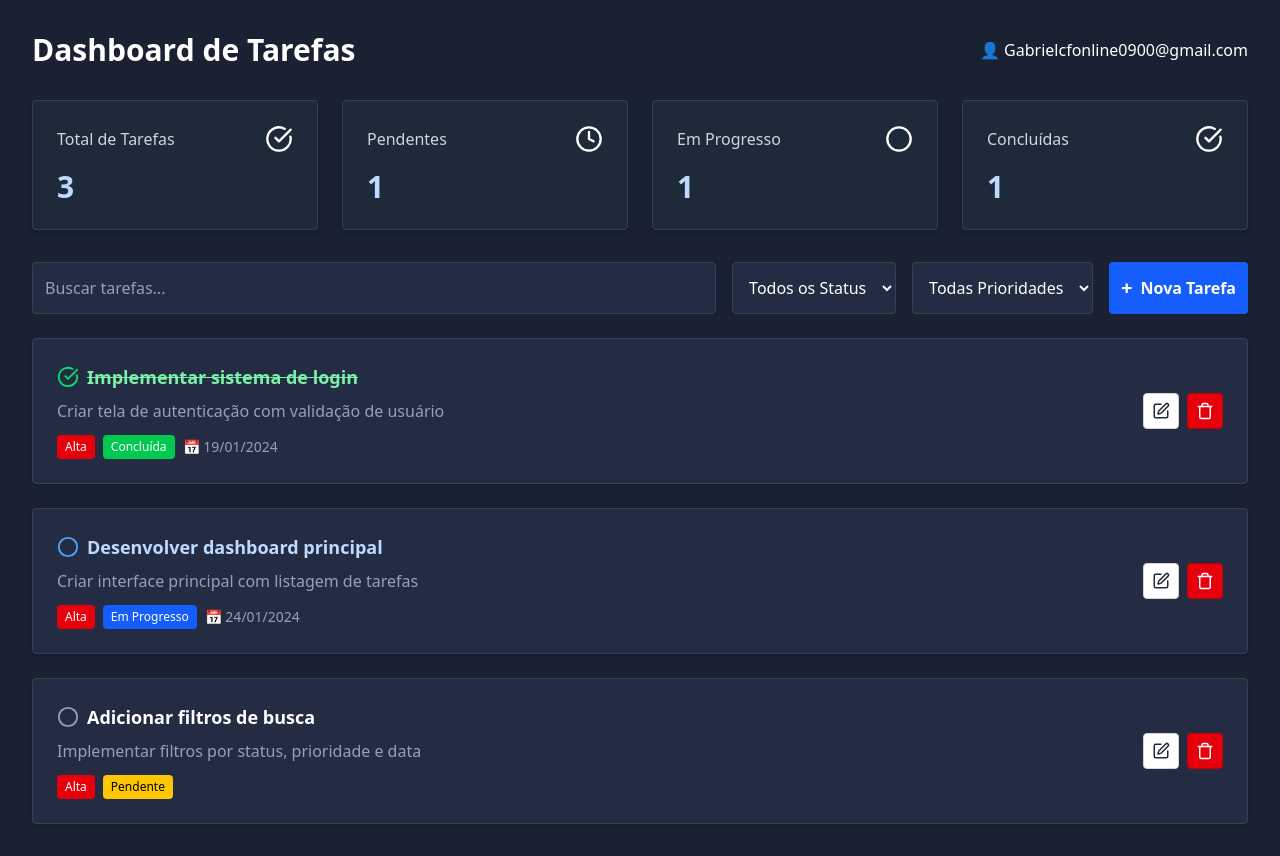
Repository: GabrielF0900/Tarefix
Page: /dashboard (app in Frontend/)
These files come from the project's save history. The page is drawn as it stood at one moment and after the next save; the edit follows.
The browser window is 1280 px wide. The pictures show the whole page.
The page's requests for data from a server got no answer. The project was rebuilt for these pictures with package versions that can differ from the ones it lists, and the page was loaded fresh each time. No one was signed in, and anything a server would have sent is missing. Also part of the build but not shown: Frontend/vite.config.ts, Frontend/src/hooks/useNavigation.ts, Frontend/src/components/inputs.tsx, Frontend/src/services/auth.ts, Frontend/src/pages/Login.tsx, Frontend/src/hooks/useStateRegister.ts, Frontend/src/pages/Register.tsx.

Above is the page before, as saved 2025-07-27 14:16:30.

After the next save:
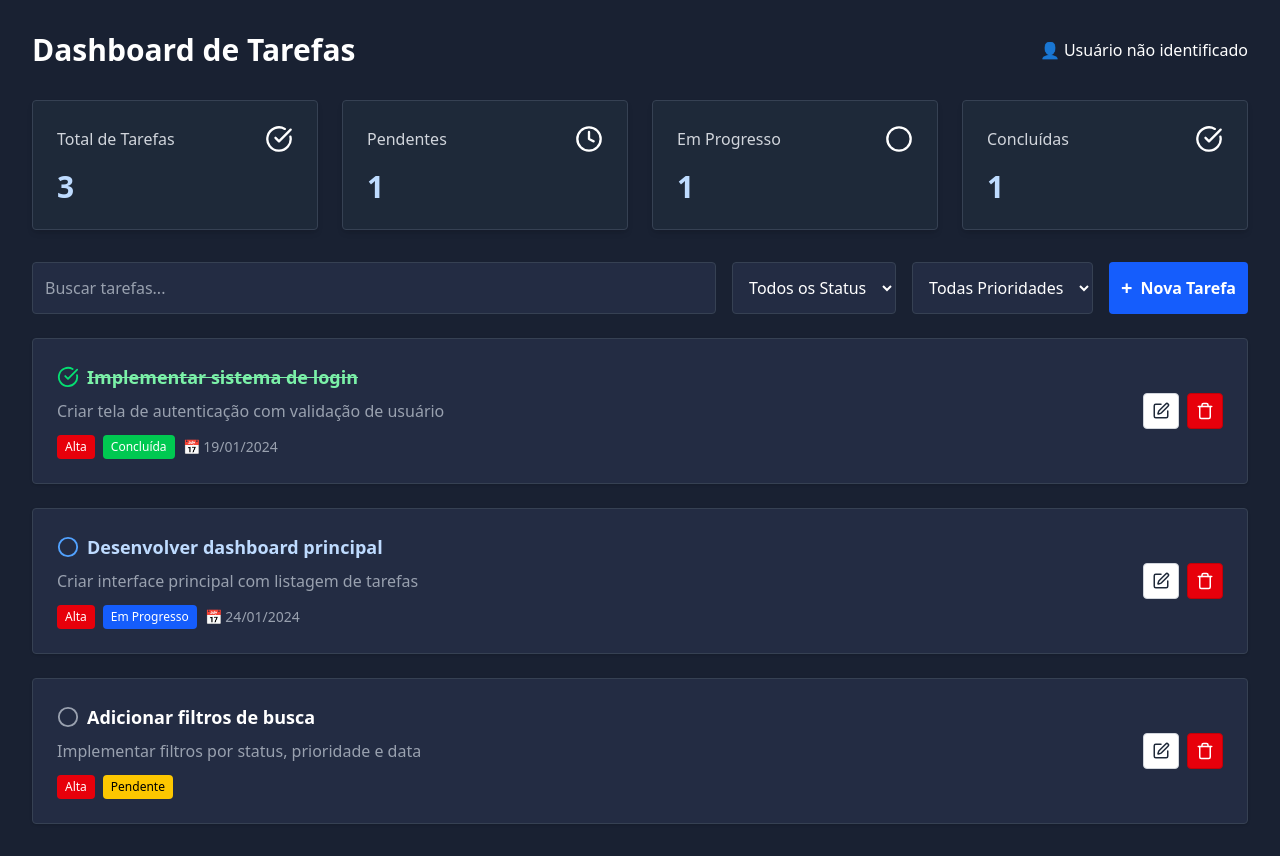
Saved 4 min 23 s later.
--- a/Frontend/src/pages/Dashboard.tsx
+++ b/Frontend/src/pages/Dashboard.tsx
@@ -1,4 +1,6 @@
+import React, { useEffect, useState } from "react";
 import { Trash, Edit, CheckCircle, Clock, Circle } from 'lucide-react';
+import api from "../services/api"; // ajuste o caminho conforme seu projeto
 import '../index.css';
 
 type CardResumoProps = {
@@ -20,7 +22,10 @@ function CardResumo({ titulo, valor, Icon }: CardResumoProps) {
 }
 
 export function Dashboard() {
-  // Exemplo de tarefas (pode ser substituído por dados dinâmicos)
+  // Estado para guardar o email do usuário logado
+  const [userEmail, setUserEmail] = useState("Carregando...");
+
+  // Exemplo de tarefas (pode substituir depois por dados dinâmicos)
   const tasks = [
     {
       id: 1,
@@ -54,13 +59,28 @@ export function Dashboard() {
   const emProgresso = tasks.filter(t => t.status === 'Em Progresso').length;
   const concluidas = tasks.filter(t => t.status === 'Concluída').length;
 
+  // useEffect para carregar email do usuário logado ao montar o componente
+  useEffect(() => {
+    async function fetchUserEmail() {
+      try {
+        const response = await api.get("/user/me"); // endpoint que retorna email do usuário logado
+        setUserEmail(response.data.email);
+      } catch (error) {
+        console.error("Erro ao buscar email do usuário:", error);
+        setUserEmail("Usuário não identificado");
+      }
+    }
+    fetchUserEmail();
+  }, []);
 
   return (
     <div className="min-h-screen bg-[#192132] text-white p-4 md:p-8">
       <header className="flex justify-between items-center mb-8">
         <h1 className="text-3xl font-bold">Dashboard de Tarefas</h1>
         <div className="flex items-center gap-2 md:gap-4">
-          <span className="text-base flex items-center gap-1"><span className="hidden md:inline">&#128100;</span> Gabrielcfonline0900@gmail.com</span>
+          <span className="text-base flex items-center gap-1">
+            <span className="hidden md:inline">&#128100;</span> {userEmail}
+          </span>
         </div>
       </header>
 
@@ -85,7 +105,9 @@ export function Dashboard() {
         <select className="bg-[#232c43] p-3 rounded border border-gray-700 text-white">
           <option>Todas Prioridades</option>
         </select>
-        <button className="bg-blue-600 p-3 rounded text-white font-semibold hover:bg-blue-700 transition flex items-center gap-2"><span className="text-xl">+</span> Nova Tarefa</button>
+        <button className="bg-blue-600 p-3 rounded text-white font-semibold hover:bg-blue-700 transition flex items-center gap-2">
+          <span className="text-xl">+</span> Nova Tarefa
+        </button>
       </div>
 
       {/* Lista de Tarefas */}
@@ -104,22 +126,48 @@ export function Dashboard() {
                 ) : (
                   <Circle size={22} className="text-gray-400" />
                 )}
-                <h2 className={`text-lg font-semibold ${task.status === 'Concluída' ? 'line-through text-green-300' : task.status === 'Em Progresso' ? 'text-blue-200' : 'text-white'}`}>{task.title}</h2>
+                <h2
+                  className={`text-lg font-semibold ${
+                    task.status === 'Concluída'
+                      ? 'line-through text-green-300'
+                      : task.status === 'Em Progresso'
+                      ? 'text-blue-200'
+                      : 'text-white'
+                  }`}
+                >
+                  {task.title}
+                </h2>
               </div>
               <p className="text-gray-400 text-base mb-1">{task.description}</p>
               <div className="flex items-center gap-2 mt-1 text-sm">
                 <span className="bg-red-600 text-white px-2 py-1 rounded text-xs">{task.priority}</span>
-                {task.status === 'Concluída' && <span className="bg-green-500 text-white px-2 py-1 rounded text-xs">Concluída</span>}
-                {task.status === 'Em Progresso' && <span className="bg-blue-600 text-white px-2 py-1 rounded text-xs">Em Progresso</span>}
-                {task.status === 'Pendente' && <span className="bg-yellow-400 text-black px-2 py-1 rounded text-xs">Pendente</span>}
-                {task.date && <span className="text-gray-400 flex items-center gap-1">&#128197; {task.date}</span>}
+                {task.status === 'Concluída' && (
+                  <span className="bg-green-500 text-white px-2 py-1 rounded text-xs">Concluída</span>
+                )}
+                {task.status === 'Em Progresso' && (
+                  <span className="bg-blue-600 text-white px-2 py-1 rounded text-xs">Em Progresso</span>
+                )}
+                {task.status === 'Pendente' && (
+                  <span className="bg-yellow-400 text-black px-2 py-1 rounded text-xs">Pendente</span>
+                )}
+                {task.date && (
+                  <span className="text-gray-400 flex items-center gap-1">
+                    &#128197; {task.date}
+                  </span>
+                )}
               </div>
             </div>
             <div className="flex gap-2 mt-4 md:mt-0">
-              <button className="bg-white text-gray-800 p-2 rounded hover:bg-gray-200 border border-gray-300 transition" title="Editar">
+              <button
+                className="bg-white text-gray-800 p-2 rounded hover:bg-gray-200 border border-gray-300 transition"
+                title="Editar"
+              >
                 <Edit size={18} />
               </button>
-              <button className="bg-red-600 text-white p-2 rounded hover:bg-red-700 border border-red-700 transition" title="Excluir">
+              <button
+                className="bg-red-600 text-white p-2 rounded hover:bg-red-700 border border-red-700 transition"
+                title="Excluir"
+              >
                 <Trash size={18} />
               </button>
             </div>
